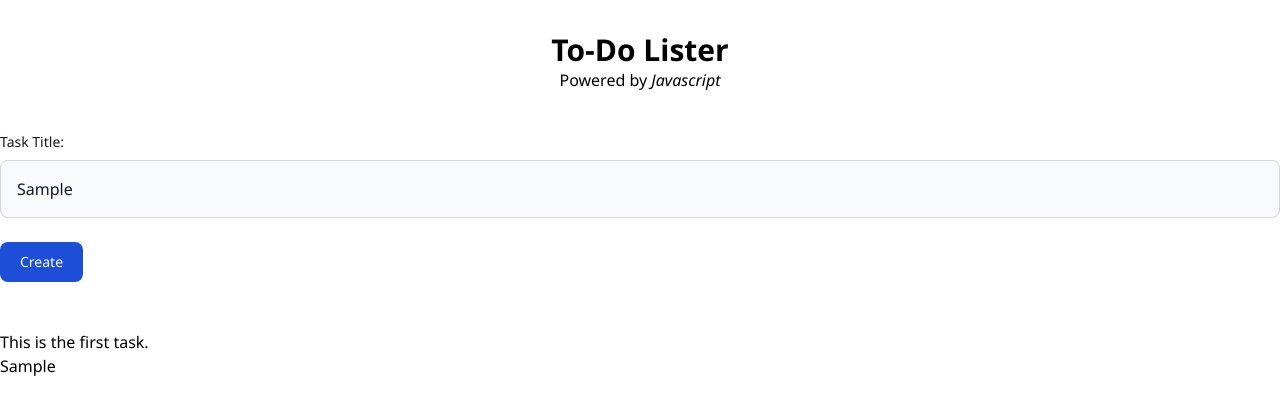
Repository: vxyux/to-do-lister
Page: index.html
The author's editor kept a copy of each file at every save. The page is drawn from the files as they stood at one save, then again after the next save.
The browser window is 1280 px wide. The pictures show the whole page.
Empty fields were first filled with sample values (such as "Sample", 5 or name@example.com).
After loading, the first visible `span` was clicked once.
Some web libraries are served in a nearby version.

Above is the page before, as saved 2023-09-04 15:24:40.

### index.html
<!DOCTYPE html>
<html lang="en">
<head>
  <meta charset="UTF-8">
  <meta name="viewport" content="width=device-width, initial-scale=1.0">
  <title>Javascript To-Do Lister</title>
  <link rel="stylesheet" href="stylesheet.css">
  <script src="app.js"></script>
  <script src="https://cdn.tailwindcss.com"></script>
</head>
<body>

  <div class="container mx-auto">
    <div class="text-center mt-8">
      <h1 class="text-3xl font-bold">
        To-Do Lister
      </h1>
      <p>Powered by <i>Javascript</i></p>
    </div>

    <div class="inputFields mt-10">
      <div class="mb-6">
          <label for="userInput" class="block mb-2 text-sm font-medium text-gray-900 dark:text-white">
            Task Title:
          </label>
          <input type="text" id="userInput" class="block w-full p-4 text-gray-900 border border-gray-300 rounded-lg bg-gray-50 sm:text-md focus:ring-blue-500 focus:border-blue-500 dark:bg-gray-700 dark:border-gray-600 dark:placeholder-gray-400 dark:text-white dark:focus:ring-blue-500 dark:focus:border-blue-500">
      </div>
      <span onclick="newTask()">
        <button type="submit" class="text-white bg-blue-700 hover:bg-blue-800 focus:ring-4 focus:ring-blue-300 font-medium rounded-lg text-sm px-5 py-2.5 mr-2 mb-2 dark:bg-blue-600 dark:hover:bg-blue-700 focus:outline-none dark:focus:ring-blue-800">
          Create
        </button>
      </span>

    </div>

    <ul class="mt-10" id="to-dos">
      <li class="task_item">
        This is the first task.
      </li>
    </ul>

  </div>
</body>
</html>

### stylesheet.css
*
{
  font-family: 'Segoe UI', Tahoma, Geneva, Verdana, sans-serif;
}

.container {
  max-width: 500px;
}

### app.js
function newTask() {
  // get the data provided by the user from the input field
  var userInput = document.getElementById('userInput').value;

  // if provided input is empty
  if (userInput === '') {
    alert('You must type something in before submitting!');
  } else {
    // define tag that creates a new element under the tag 'li'
    var tag = document.createElement('li');

    // assign the userInput var with content
    var content = document.createTextNode(userInput);
    tag.appendChild(content); // make tag the content's parent

    // define the element tag with the to-dos list ul
    var element = document.getElementById('to-dos');

    // make element the tag's parent
    element.appendChild(tag);


  }

  //console.log('The button has been clicked!');
  //alert(userInput);
}

After the next save:
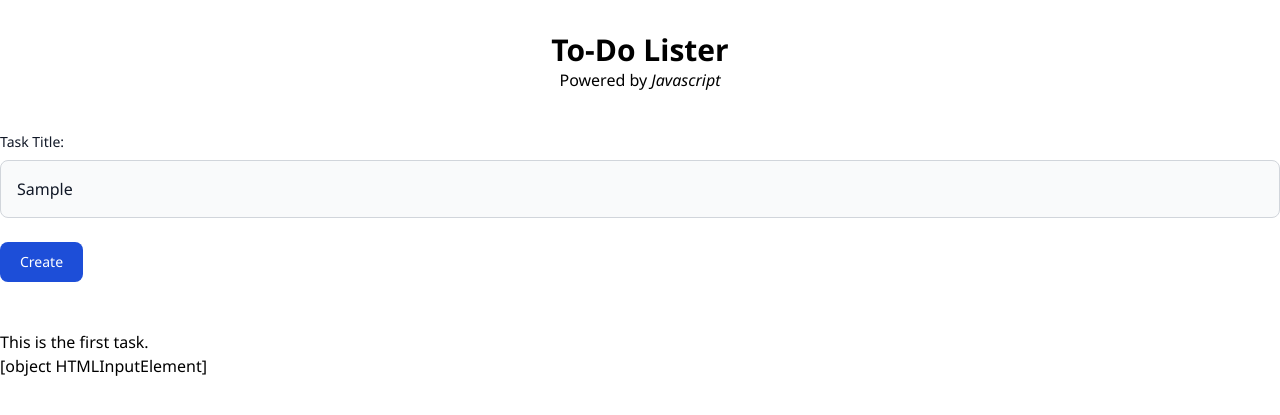
Saved 6 s later.
--- a/app.js
+++ b/app.js
@@ -1,6 +1,6 @@
 function newTask() {
   // get the data provided by the user from the input field
-  var userInput = document.getElementById('userInput').value;
+  var userInput = document.getElementById('userInput');
 
   // if provided input is empty
   if (userInput === '') {

After the save that followed:
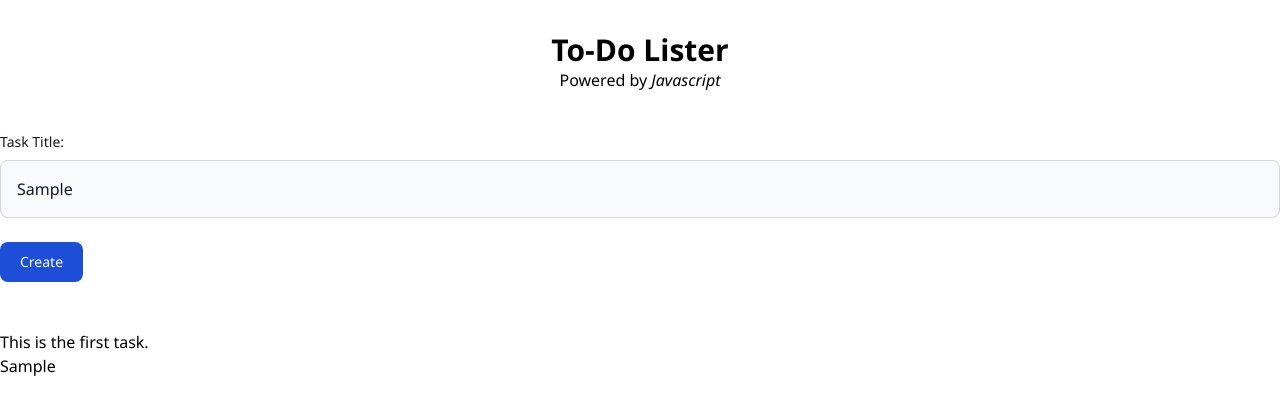
Saved 6 s later.
--- a/app.js
+++ b/app.js
@@ -10,7 +10,7 @@ function newTask() {
     var tag = document.createElement('li');
 
     // assign the userInput var with content
-    var content = document.createTextNode(userInput);
+    var content = document.createTextNode(userInput.value);
     tag.appendChild(content); // make tag the content's parent
 
     // define the element tag with the to-dos list ul
